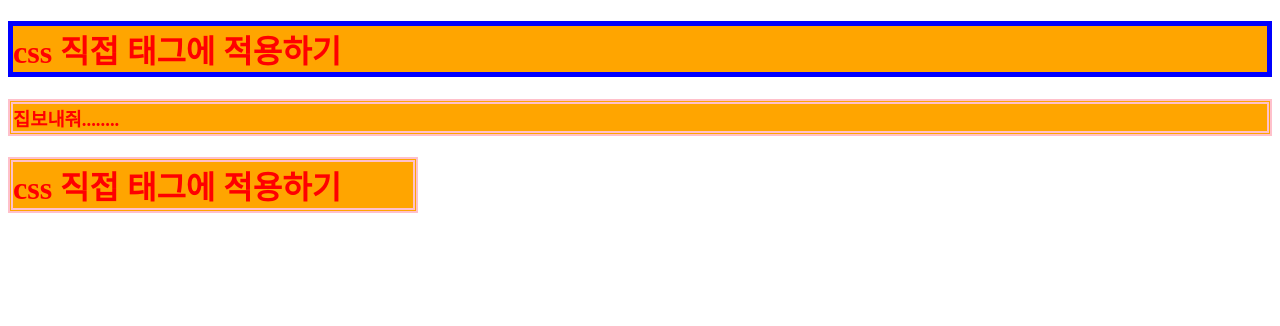
Repository: JeongHyeongKim/practice_myself
Page: Si_basic/WebProject/setp01_HTMLCS/WebContent/CSS/ex02_CSSExternal.html
The author's editor kept a copy of each file at every save. The page is drawn from the files as they stood at one save, then again after the next save.
The browser window is 1280 px wide. The pictures show the whole page.

Above is the page before, as saved 2019-04-22 07:50:43.

### Si_basic/WebProject/setp01_HTMLCS/WebContent/CSS/ex02_CSSExternal.html
<!DOCTYPE html>
<html>
<head>
	<meta charset="UTF-8">
	<title>Insert title here</title>
	<style>
		/*This area is permitted to only css*/
		/* 1. 태그에 적용하기*/
		h1,h3{color:red; border: double pink 5px;}
		/* 2. id로 적용하기*/
		#a{color:green; font-style:italic;}
		#aa{width:400px;}
		/* 3. class로 적용하기*/
		.b{background-color:orange;}
		.bb{font-family:궁서체;}
	</style>
</head>
	<body>
		<!-- 태그에 직접 css적용하면 간단하게 처리할 때 직관적으로 좋지만, 동일한 태그에 적용할 때는 반복해서 코드가 드간다. -->
		<h1 style="color:red; border:solid blue 5px;" class="b">css 직접 태그에 적용하기</h1> <!--  직접 적용하는 태그가 우선순위기 때문에 결과는 밑에꺼랑 다르다. -->

		<h3 class="b">집보내줘........</h3>

		<h1 id="aa" class="b bb">css 직접 태그에 적용하기</h1>
		<!-- class는 공백으로 구분해서 여러가지 클래스로 css를 적용 할 수 있지만, id는 아니다. -->



	</body>
</html>

After the next save:
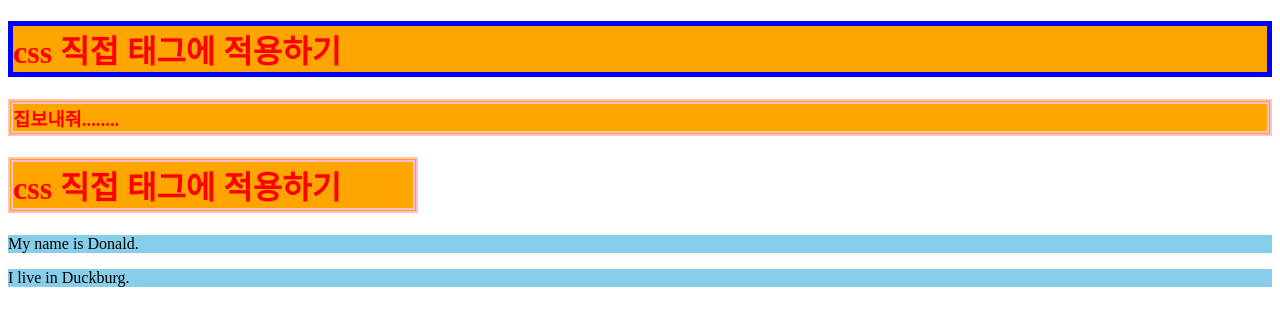
Saved 4 min 29 s later.
--- a/Si_basic/WebProject/setp01_HTMLCS/WebContent/CSS/ex02_CSSExternal.html
+++ b/Si_basic/WebProject/setp01_HTMLCS/WebContent/CSS/ex02_CSSExternal.html
@@ -13,6 +13,9 @@
 		/* 3. class로 적용하기*/
 		.b{background-color:orange;}
 		.bb{font-family:궁서체;}
+		/* 4. 특정 element의 하위 요소 찾기*/
+		div > p {background-color:skyblue;} /*div태그에 대해 직계의 하위요소 찾기*/
+		/*div p {background-color:skyblue;}*/ /*div태그 밑에 있는 모든 하위요소를 찾는다.*/
 	</style>
 </head>
 	<body>
@@ -24,6 +27,11 @@
 		<h1 id="aa" class="b bb">css 직접 태그에 적용하기</h1>
 		<!-- class는 공백으로 구분해서 여러가지 클래스로 css를 적용 할 수 있지만, id는 아니다. -->
 
+		<div>
+		  <p>My name is Donald.</p>
+		  <p>I live in Duckburg.</p>
+		</div>
+
 
 
 	</body>
